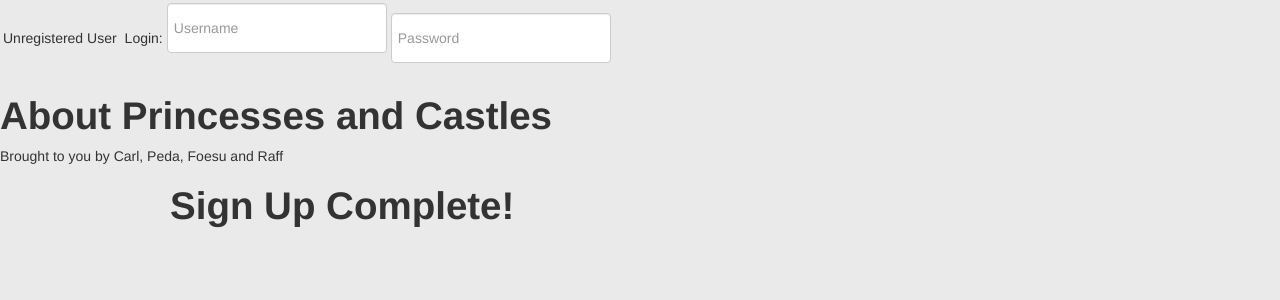
Repository: ese-unibe-ch/ese2014-team2
Page: http://localhost/Skeleton/pages/show.jsp
The author's editor kept a copy of each file at every save. The page is drawn from the files as they stood at one save, then again after the next save.
The browser window is 1280 px wide. The pictures show the whole page.
Some web libraries are served in a nearby version. The page is served by Tomcat 9. Nobody is signed in. The application's start-up code is not run. The template is opened directly, without the code that normally fills it, so the values that code supplies are empty.

Above is the page before, as saved 2014-10-16 10:37:20.
Console error (its wording comes from the project's code and is left out).

After the next save:
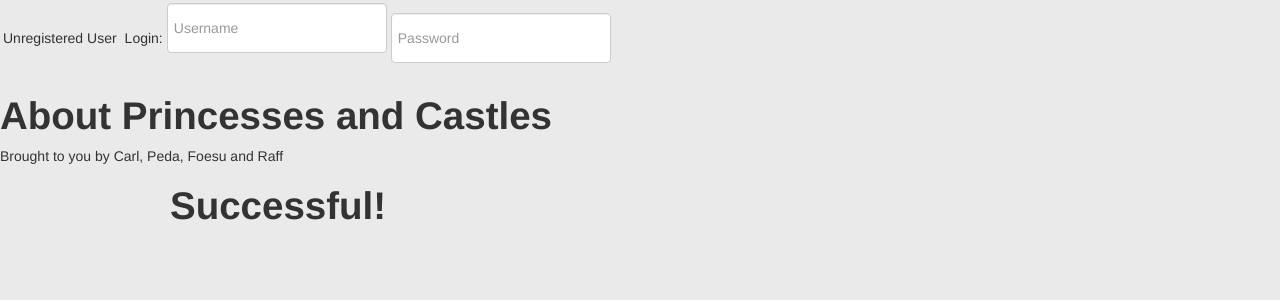
Saved 3 min 29 s later.
--- a/Skeleton/src/main/webapp/pages/show.jsp
+++ b/Skeleton/src/main/webapp/pages/show.jsp
@@ -6,7 +6,7 @@
 
 <c:import url="template/header.jsp" />
 
-<h1>Sign Up Complete!</h1>
+<h1>Successful!</h1>
 
 
 
